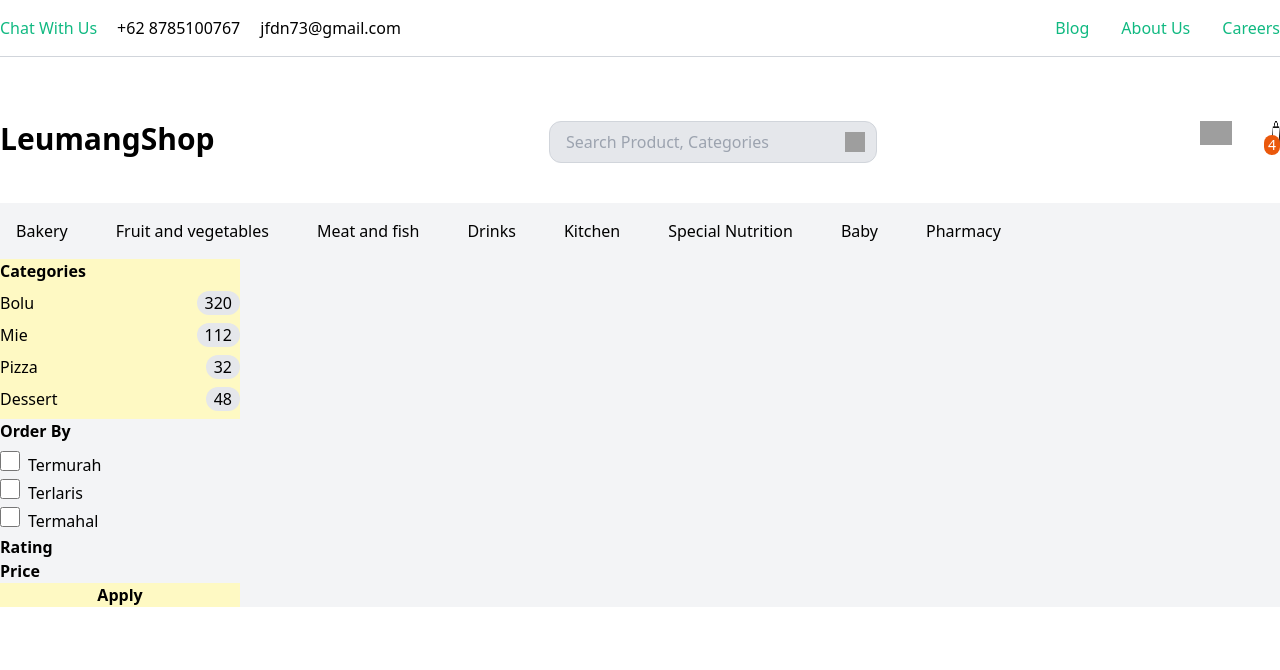
Repository: jafetdn73/ecommerce-tailwind
Page: /
The author's editor kept a copy of each file at every save. The page is drawn from the files as they stood at one save, then again after the next save.
The browser window is 1280 px wide. The pictures show the whole page.
Pictures or frames that could not be fetched are drawn as grey boxes. The project was rebuilt for these pictures with package versions that can differ from the ones it lists, and the page was loaded fresh each time. Also part of the build but not shown: src/App.css.

Above is the page before, as saved 2022-03-13 22:38:22.

### src/App.js
import "./App.css";

function App() {
  return (
    <div className="bg-white container mx-auto">
      <div className="flex justify-between py-4 border-b border-gray-300">
        <div className="flex gap-5">
          <a href="http://google.com" className="text-emerald-500">
            Chat With Us
          </a>
          <a href="http://facebook.com">+62 8785100767</a>
          <a href="http://ggogl.com">jfdn73@gmail.com</a>
        </div>

        <div className="">
          <ul className="flex gap-8 text-emerald-500">
            <li>Blog</li>
            <li>About Us</li>
            <li>Careers</li>
          </ul>
        </div>
      </div>

      <div className="flex justify-between mt-16">
        <h1 className="text-3xl font-bold">LeumangShop</h1>
        <div className="flex w-full justify-center items-center">
          <input
            type="text"
            placeholder="Search Product, Categories"
            className="w-1/3 border border-gray-300 bg-gray-200 rounded-xl pl-4 py-2"
          />
          <img src="/images/search-icon.png" alt="search" className="w-5 h-5 -ml-8"/>
        </div>
        <div className="flex gap-10">
          <img src="/images/user-icon.png" alt="user" className="w-8 h-6"/>
          <div className="relative">
            <img src="/images/cart-icon.png" alt="icon" className="w-8 h-6"/>
            <label className="absolute bottom-2 -left-2 bg-orange-600 text-white py-0.25 px-1 rounded-full text-sm">4</label>
          </div>
        </div>
      </div>

      <div className="bg-gray-100 mt-10 py-4 pl-4 text-base font-medium">
        <ul className="flex gap-12">
          <li>Bakery</li>
          <li>Fruit and vegetables</li>
          <li>Meat and fish</li>
          <li>Drinks</li>
          <li>Kitchen</li>
          <li>Special Nutrition</li>
          <li>Baby</li>
          <li>Pharmacy</li>
        </ul>
        </div>

      {/* Container Wrapper */}
      <div className="bg-gray-100">
        {/* Side Bar Container */}
        <div className="flex flex-col w-60 bg-yellow-100" >
          {/* Categories Container */}
          <div className="flex flex-col">
            <h1 className="font-bold text-base mb-2">Categories</h1>
            <ul>
              <div className="flex justify-between">
                <li>Bolu</li><label className="mb-2 bg-gray-200 pl-2 pr-2 rounded-xl">320</label>
              </div>
              <div className="flex justify-between">
                <li>Mie</li><label className="mb-2 bg-gray-200 pl-2 pr-2 rounded-xl">112</label>
              </div>
              <div className="flex justify-between">
                <li>Pizza</li><label className="mb-2 bg-gray-200 pl-2 pr-2 rounded-xl">32</label>
              </div>
              <div className="flex justify-between">
                <li>Dessert</li><label className="mb-2 bg-gray-200 pl-2 pr-2 rounded-xl">48</label>
              </div>
            </ul>
          </div>
          {/* Order By Categories */}
          <div className="bg-gray-100 flex flex-col">
            <h1 className="font-bold mb-2">Order By</h1>
           <div>
             <input type="checkbox" className="bg-lime-600 w-5 h-5 mr-2 mb-2">
               </input>
               <label >Termurah</label>
          </div>
          <div>
            <input type="checkbox"  className="bg-lime-600 w-5 h-5 mr-2 mb-2"></input><label>Terlaris</label>
          </div>
          <div>
            <input type="checkbox"  className="bg-lime-600 w-5 h-5 mr-2 mb-2"></input><label>Termahal</label>
          </div>
          </div>
          {/* Rating Container */}
          <div className="bg-gray-100">
          <h1 className="font-bold">Rating</h1>
          </div>
          {/* Price Container */}
          <div className="bg-gray-100">
          <h1 className="font-bold">Price</h1>
          </div>
          <button className="font-bold">Apply</button>
        </div>
        <div className="bg-gray-100">
          <div className="bg-yellow-100">
          </div>
        </div>
      </div>



    </div>
  );
}

export default App;

Loaded but not shown: public/index.html (common file); src/index.js (common file); src/index.css (common file); src/reportWebVitals.js (common file); tailwind.config.js (common file)

After the next save:
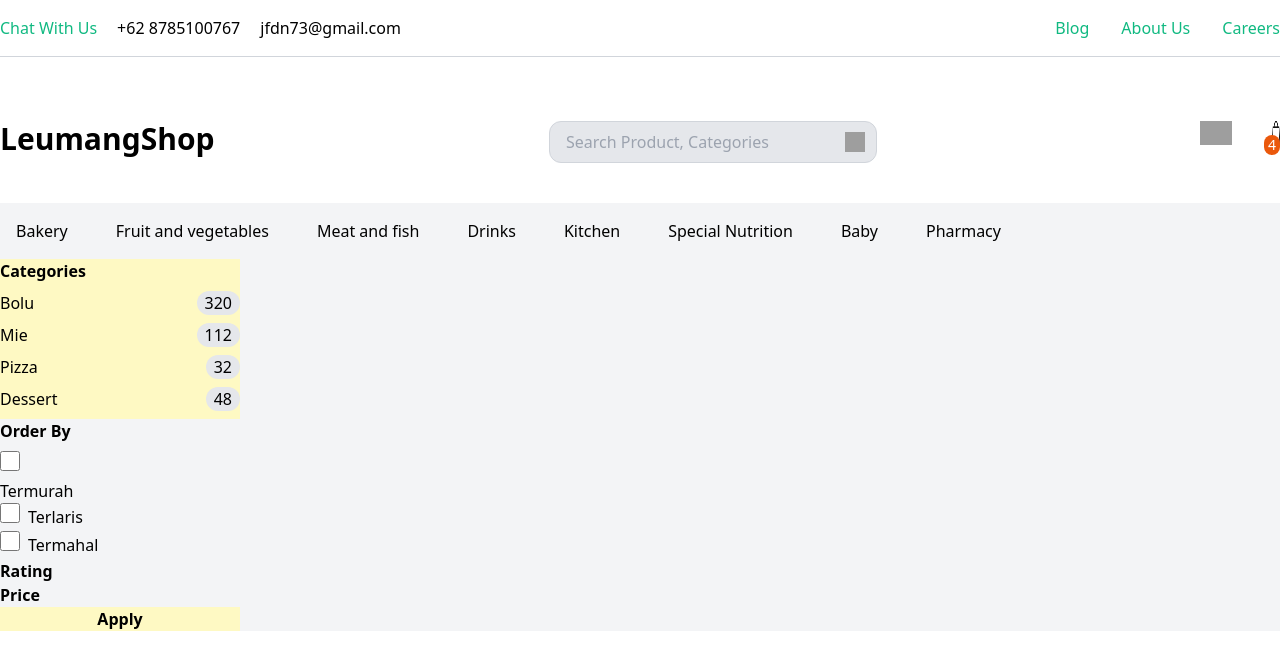
Saved 3 min 10 s later.
--- a/src/App.js
+++ b/src/App.js
@@ -81,7 +81,7 @@ function App() {
            <div>
              <input type="checkbox" className="bg-lime-600 w-5 h-5 mr-2 mb-2">
                </input>
-               <label >Termurah</label>
+               <div >Termurah</div>
           </div>
           <div>
             <input type="checkbox"  className="bg-lime-600 w-5 h-5 mr-2 mb-2"></input><label>Terlaris</label>
